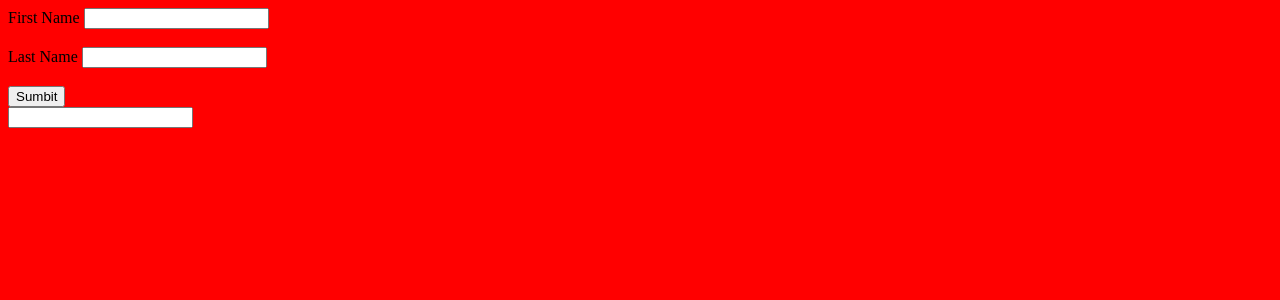
Repository: Fariaddd/codefactor-stylesheet
Page: index.html
These files come from the project's save history. The page is drawn as it stood at one moment and after the next save; the edit follows.
The browser window is 1280 px wide. The pictures show the whole page.

Above is the page before, as saved 2021-11-17 19:06:12.

### index.html
<!DOCTYPE html>
<html lang="en">
  <head>
    <meta charset="UTF-8" />
    <meta http-equiv="X-UA-Compatible" content="IE=edge" />
    <meta name="viewport" content="width=device-width, initial-scale=1.0" />
    <title>Document</title>
    <link rel="stylesheet" href="./styles/styles.css" />
  </head>
  <body>
    <form action="/action_page.php">
      <label for="firstname">First Name</label>
      <input type="text" id="firstname" name="firstname" /><br /><br />
      <label for="lastname">Last Name</label>
      <input type="text" id="lastname" name="lastname" /><br /><br />
      <input type="submit" value="Sumbit" />
    </form>

    <div>
      <label for="email"></label>
      <input type="email" />
    </div>
  </body>
</html>

### styles/styles.css
body {
  background-color: red;
}
h1 {
  font-size: 26px;
  color: purple;
}

p {
  font-size: 16px;
  color: royalblue;
}

After the next save:
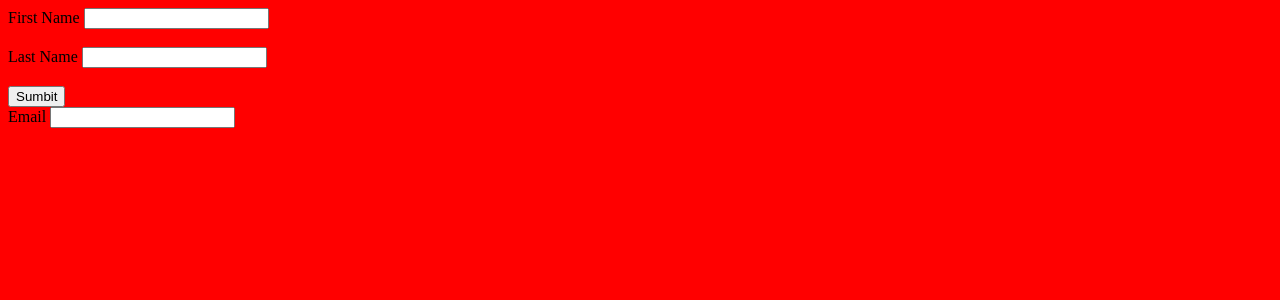
Saved 4 s later.
--- a/index.html
+++ b/index.html
@@ -17,7 +17,7 @@
     </form>
 
     <div>
-      <label for="email"></label>
+      <label for="email">Email</label>
       <input type="email" />
     </div>
   </body>
